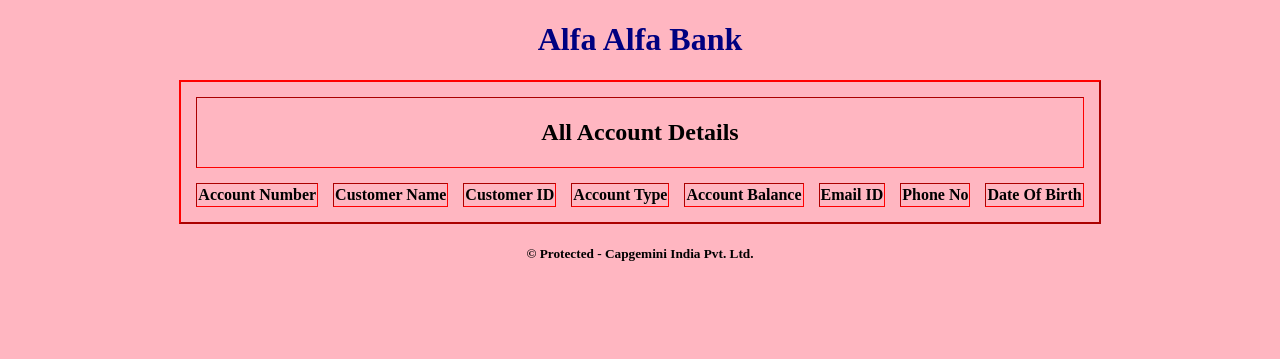
Repository: Rccalfa123/OnlineBankingApp
Page: http://localhost/AlfaAlfaBankApp/viewAllCustomers.jsp
The author's editor kept a copy of each file at every save. The page is drawn from the files as they stood at one save, then again after the next save.
The browser window is 1280 px wide. The pictures show the whole page.
The page is served by Tomcat 9. Other server files are loaded and not shown. The template is opened directly, without the code that normally fills it, so the values that code supplies are empty.

Above is the page before, as saved 2018-08-13 08:01:04.

### AlfaAlfaBankApp/WebContent/viewAllCustomers.jsp
<%@ page language="java" contentType="text/html; charset=ISO-8859-1"
    pageEncoding="ISO-8859-1"%>
<%@taglib prefix="alfa" uri="http://java.sun.com/jsp/jstl/core"%>
<!DOCTYPE html>
<html>
<head>

<link rel="stylesheet" type="text/css" href="mystyle.css">

<meta charset="ISO-8859-1">
<title>View All Customers</title>
</head>
<body>
<jsp:include page="header.jsp"></jsp:include>

		<form action="home.jsp" method="get">

			<div>
				<table cellspacing="15" align="center" border="2">
					<tr>
						<th colspan="9" height="35"><h2>All Account Details</h2></th>
					</tr>
					<tr>
						<th height="20">Account Number</th>
						<th height="20">Customer Name</th>
						<th height="20">Customer ID</th>
						<th height="20">Account Type</th>
						<th height="20">Account Balance</th>
						<th height="20">Email ID</th>
						<th height="20">Phone No</th>
						<th height="20">Date Of Birth</th>
					</tr>

					<alfa:forEach var="BankAccounts" items="${sessionScope.BankAccounts}">
						<tr>
							<td align="center">${BankAccounts.accountNumber}</td>
							<td align="center">${BankAccounts.accountHolder.customerName}</td>
							<td align="center">${BankAccounts.accountHolder.customerId}</td>
							<td align="center">${BankAccounts.accountType}</td>
							<td align="center">${BankAccounts.accountBalance}</td>
							<td align="center">${BankAccounts.accountHolder.emailId}</td>
							<td align="center">${BankAccounts.accountHolder.contactNumber}</td>
							<td align="center">${BankAccounts.accountHolder.dateOfBirth}</td>
							<td align="center" colspan="2"><a
								href="removenew.app?bookId=${booksInCart.bookObject.bookId}"> Update </a></td>
						</tr>
					</alfa:forEach>
				</table>
			</div>

		</form>
	<jsp:include page="footer.html"></jsp:include>

</body>
</html>

### AlfaAlfaBankApp/WebContent/header.jsp
<%@taglib prefix="jstl" uri="http://java.sun.com/jsp/jstl/core" %>
<div align="center">
	<h1>Alfa Alfa Bank</h1>
</div>

### AlfaAlfaBankApp/WebContent/footer.html
<div align="center">
<h5>&copy; Protected - Capgemini India Pvt. Ltd.</h5>
</div>

### AlfaAlfaBankApp/WebContent/mystyle.css
@charset "ISO-8859-1";

body {
    background-color: lightpink;
}

h1 {
    color: navy;
}

td{

 font-family: sans-serif;

}

table {
	border-color: red;
	border-right: 2px 2px 2px 2px ;
}

a{
	text-decoration: none;
	color: green;
}

After the next save:
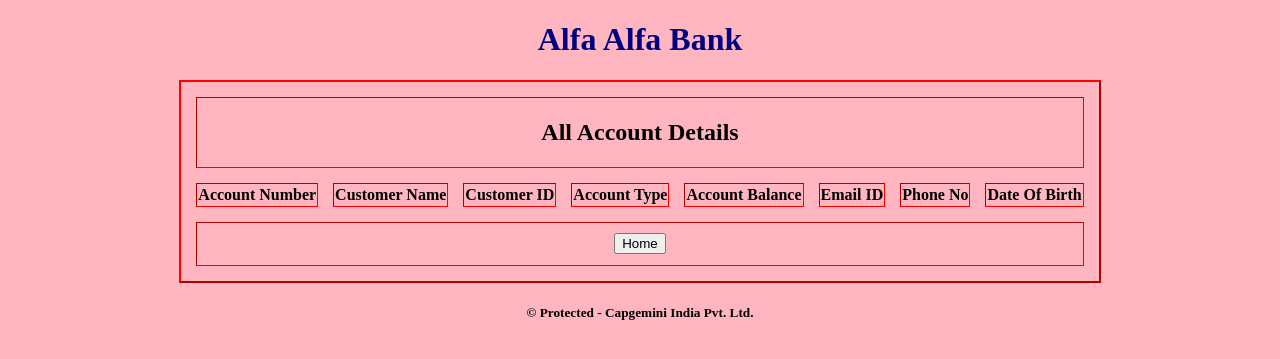
Saved 72 s later.
--- a/AlfaAlfaBankApp/WebContent/viewAllCustomers.jsp
+++ b/AlfaAlfaBankApp/WebContent/viewAllCustomers.jsp
@@ -45,6 +45,10 @@
 								href="removenew.app?bookId=${booksInCart.bookObject.bookId}"> Update </a></td>
 						</tr>
 					</alfa:forEach>
+
+					<tr>
+						<th colspan="9"  height="40"><input type="submit" value="Home"></th>
+					</tr>
 				</table>
 			</div>
 
